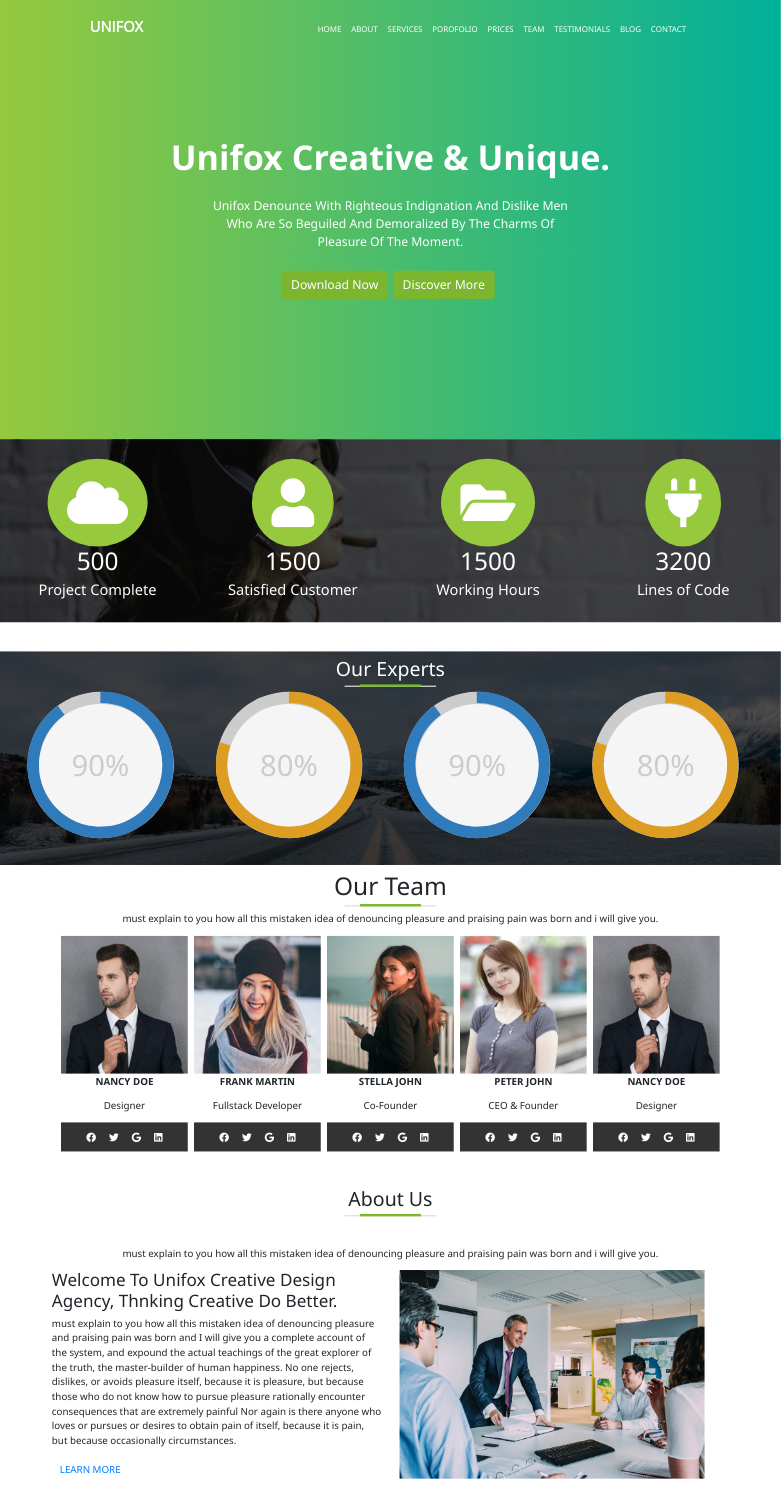
Repository: ibrkhalil/Uniforce-First-Attempt
Page: index.html
The author's editor kept a copy of each file at every save. The page is drawn from the files as they stood at one save, then again after the next save.
The browser window is 1280 px wide. The pictures show the whole page, at 61% of full size.
Backgrounds fixed to the window are drawn as part of the page.

Above is the page before, as saved 2021-01-24 02:32:29.

After the next save:
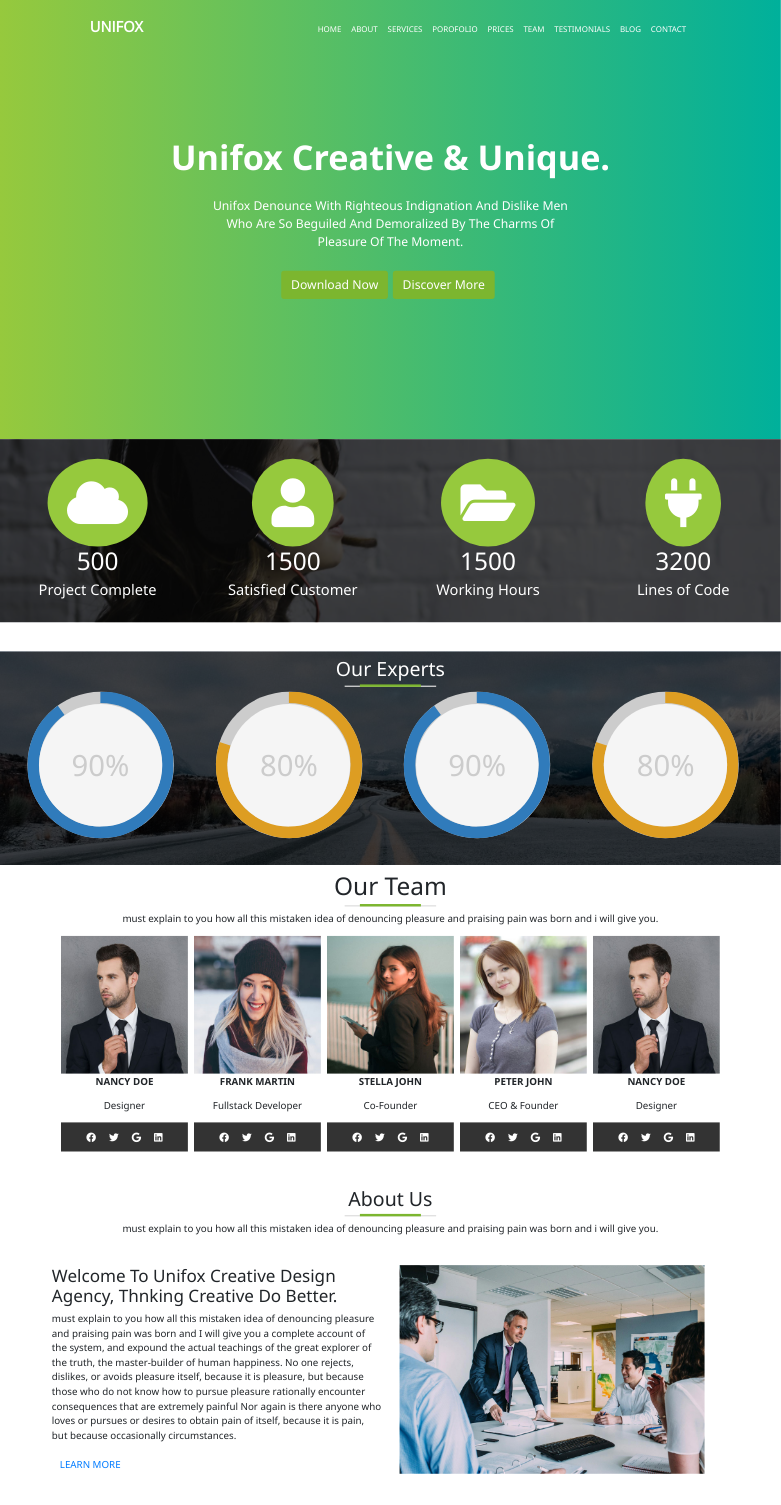
Saved 6 s later.
--- a/index.html
+++ b/index.html
@@ -277,7 +277,7 @@
         <section class="about-section my-5 green-bottom-border">
             <div class="container">
                 <h2 class="line">About Us</h2>
-                <p class="mt-5 aligny-center">must explain to you how all this mistaken idea of denouncing pleasure and praising pain was born and i will give you.</p>
+                <p class="mb-5 aligny-center">must explain to you how all this mistaken idea of denouncing pleasure and praising pain was born and i will give you.</p>
                 <div class="row">
                     <div class="col-md-6"><h3>Welcome To <span class="green-color">Unifox Creative</span> Design Agency, Thnking Creative Do Better.</h3><p>must explain to you how all this mistaken idea of denouncing pleasure and praising pain was born and I will give you a complete account of the system, and expound the actual teachings of the great explorer of the truth, the master-builder of human happiness. No one rejects, dislikes, or avoids pleasure itself, because it is pleasure, but because those who do not know how to pursue pleasure rationally encounter consequences that are extremely painful Nor again is there anyone who loves or pursues or desires to obtain pain of itself, because it is pain, but because occasionally circumstances.</p>
                     <a href="#" class="btn">LEARN MORE</a>
